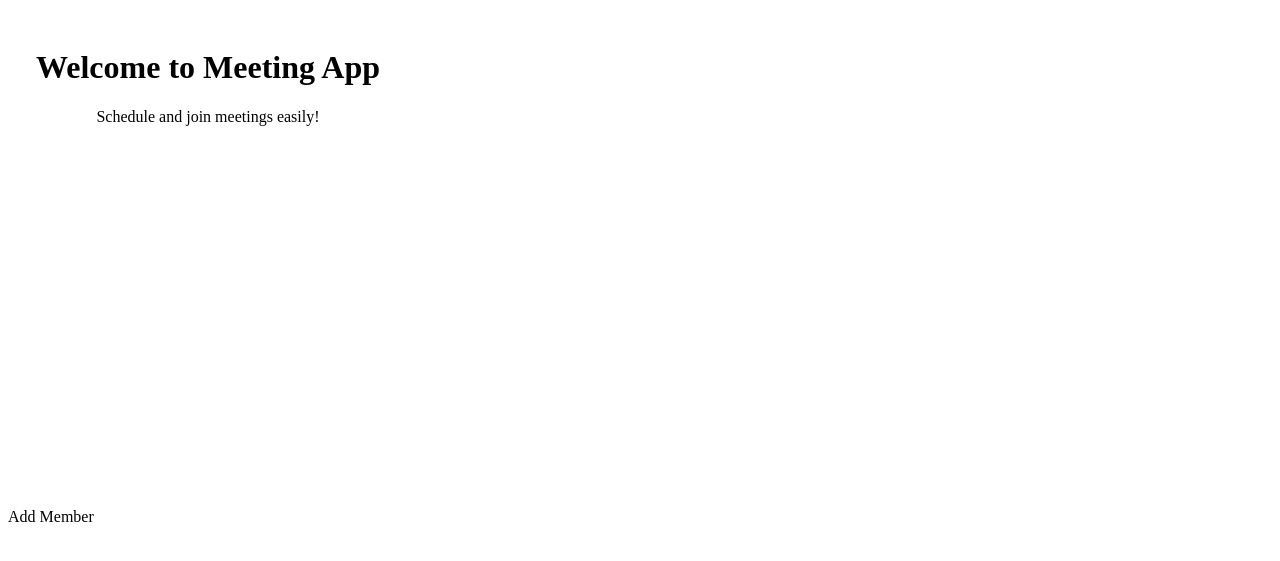
Repository: alexanderneal/meetingApp
Page: meetingApp copia/popup.html
These files come from the project's save history. The page is drawn as it stood at one moment and after the next save; the edit follows.
The browser window is 1280 px wide. The pictures show the whole page.

Above is the page before, as saved 2023-04-21 10:49:44.

After the next save:
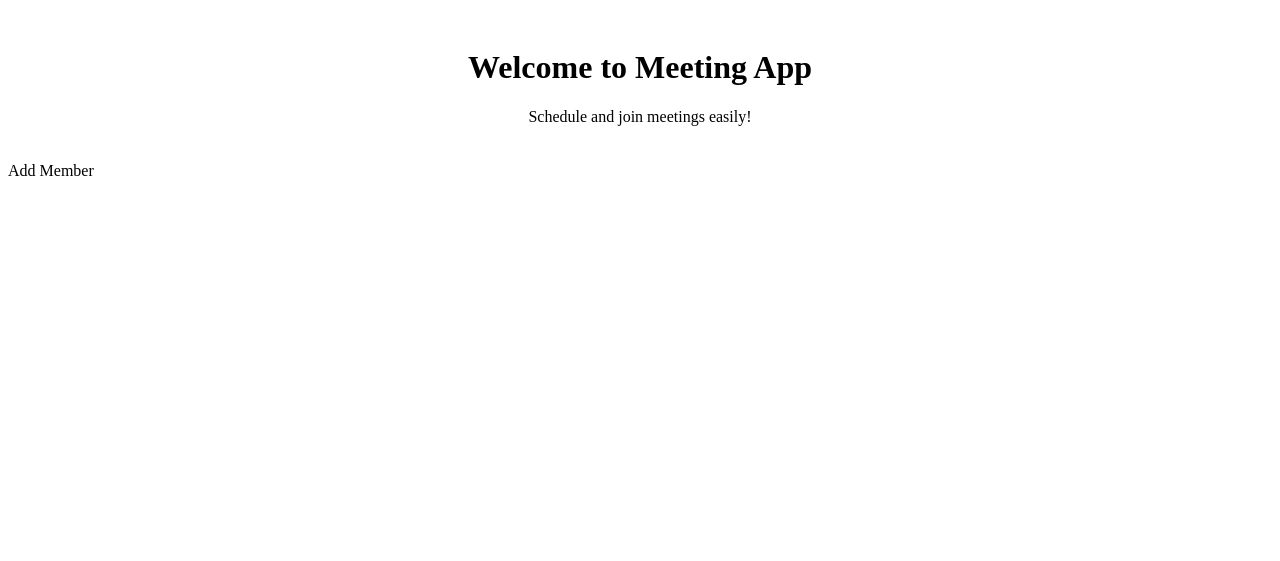
Saved 2 min 15 s later.
--- a/meetingApp copia/popup.css
+++ b/meetingApp copia/popup.css
@@ -1,7 +1,6 @@
 .popup-container {
-    width: 400px;
-    height: 500px;
+    width: 75%;
+    margin: auto;
+    text-align: center;
     padding: 20px;
-    box-sizing: border-box;
-    text-align: center;
   }
